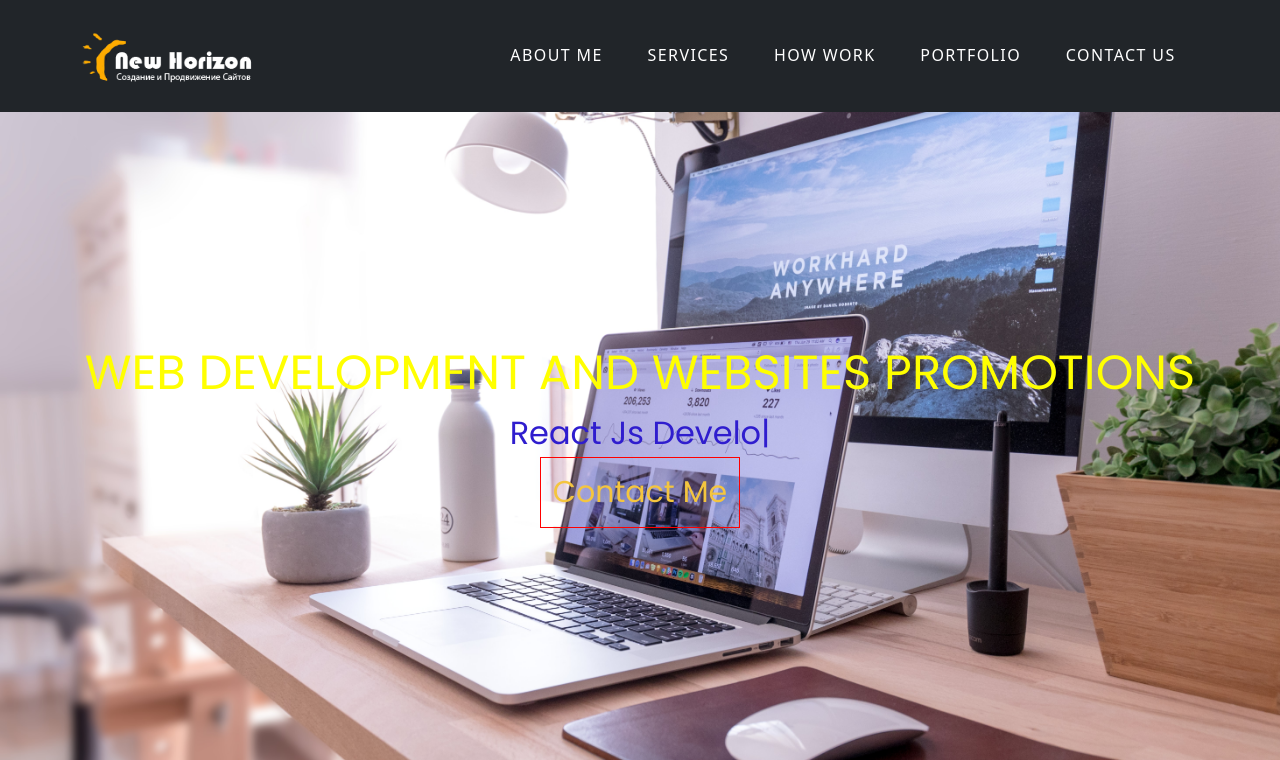
Repository: ahmedibrahimhassan654/React-Bootstrap-5
Page: /
The author's editor kept a copy of each file at every save. The page is drawn from the files as they stood at one save, then again after a run of saves.
The browser window is 1280 px wide. The pictures show the whole page.
The project was rebuilt for these pictures with package versions that can differ from the ones it lists, and the page was loaded fresh each time.

Above is the page before, as saved 2021-11-25 07:40:40.

After the next 2 saves:
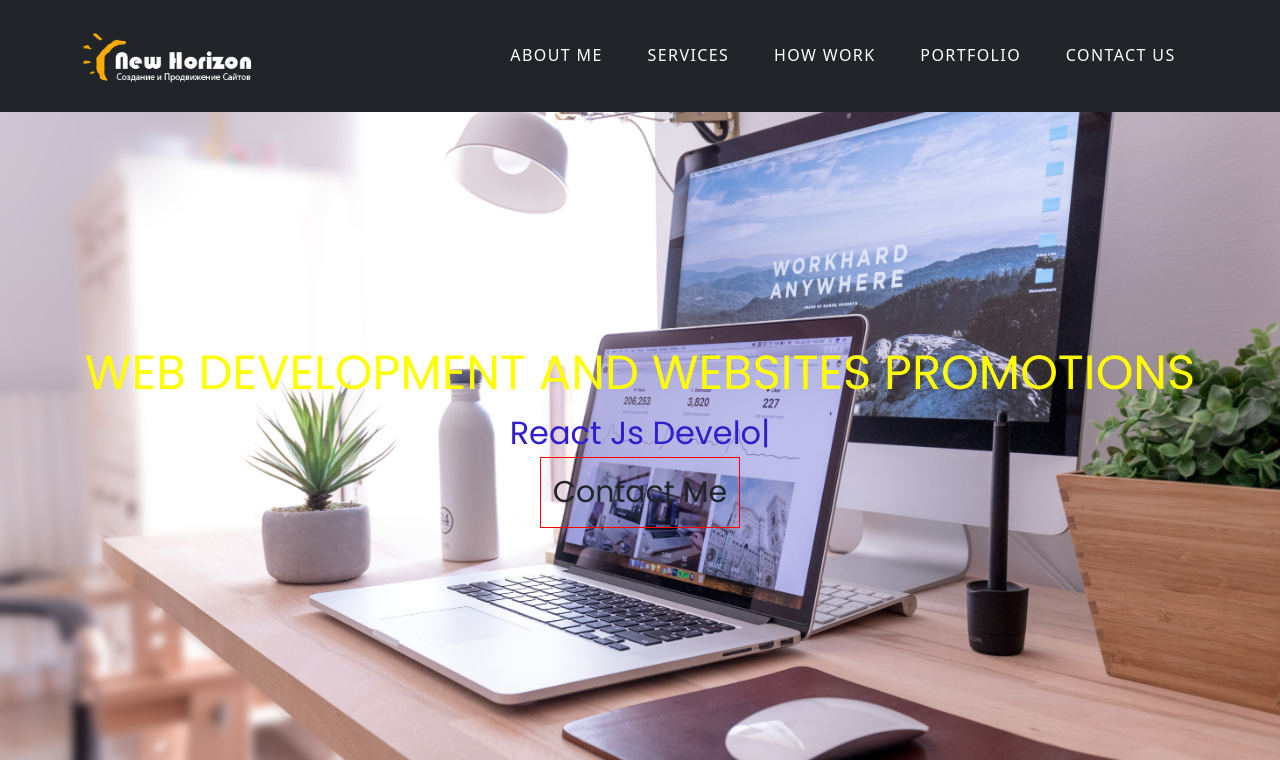
The 2 saves are shown as one change because they came seconds apart.
The last was saved 26 s later.
--- a/src/App.css
+++ b/src/App.css
@@ -80,7 +80,7 @@ nav ul li {
   text-decoration: none;
   border-radius: 0;
   padding: 12px 12px 12px 12px;
-  color: var(--primary-orage);
+  color: var(--primary-dark);
   font-size: 30px;
   font-weight: 40px;
 }
